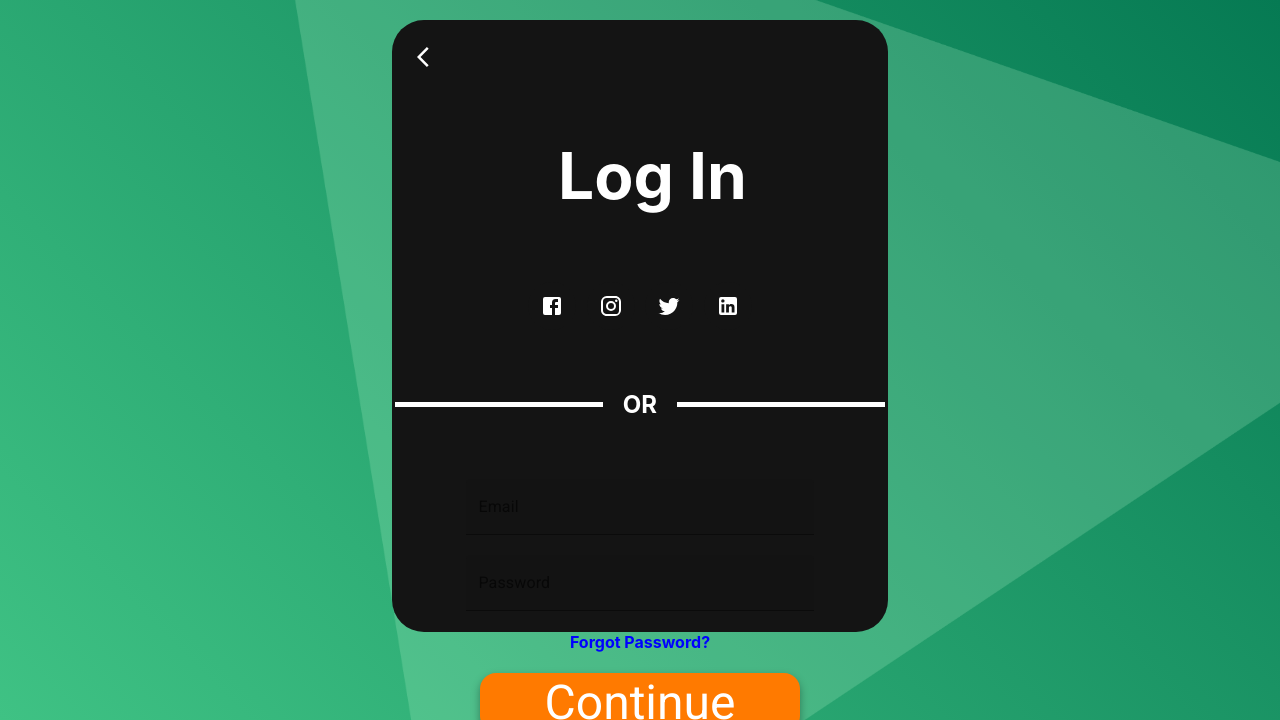
Repository: wilyyy/John
Page: /login (app in john-app/)
The author's editor kept a copy of each file at every save. The page is drawn from the files as they stood at one save, then again after the next save.
The browser window is 1280 px wide. The pictures show the whole page.
The project was rebuilt for these pictures with package versions that can differ from the ones it lists, and the page was loaded fresh each time. The framework's server and built-in components were replaced by stand-ins that run in the browser. Also part of the build but not shown: john-app/next.config.js.

Above is the page before, as saved 2021-10-07 22:20:43.

### john-app/pages/login.js
import Button from "@/Components/Button";
import styled from 'styled-components';
import Image from 'next/image'
import SocialMediaIcon from "@/Components/SocialMediaIcon";
import { TextField } from "@mui/material";
import styles from '@/styles/Home.module.css';
import ArrowBackIosIcon from '@mui/icons-material/ArrowBackIos';
import {useRouter} from 'next/router';
import BackButton from "@/Components/BackButton";

const MainCont = styled.div
`
    display: flex;
    flex-direction: column;
    align-items: center;
    width: 100vw;
    height: 100vh;
    background: linear-gradient(225deg, #067A53, #3FC284);
    padding: 20px;
    overflow: hidden;
    position: relative;
    z-index: -2;
`

const LoginContainer = styled.div `
    display: flex;
    flex-direction: column;
    justify-content: space-around;
    align-items: center;
    background-color: #141414;
    height: 90%;
    width: 40%;
    border-radius: 32px;
`;

const LoginHeaderContainer = styled.div`
    display: flex;
    flex-direction: row;
    width: 100%;
    justify-content: center;
    padding-left: 25px;
`;

const LoginHeader = styled.h1`
    font-size: 4rem;
    color: white;
    padding: 25px;
`

const BreakLineCont = styled.div`
display: flex;
flex-direction: row;
justify-content: center;
align-items: center;
`

const TheWordOR = styled.h2`
color: #FFFFFF;
padding-left: 20px;
padding-right: 20px;
`

const LogInFormCont = styled.div`
    display: flex;
    flex-direction: column;
    justify-content: center;
    width: 70%;
`

const Spacer = styled.div`
    padding: 10px;
`

const FatWhiteLine = styled.div`
display: flex;
height: 5px;
width: 13rem;
background-color: #FFFFFF;
justify-content: row;
`

const ForgotPass = styled.h4`
color: blue;
`;

const Dorito = styled.img
`
    width: 1600px;
    height: 1300px;
    bottom: -400px;
    right: -200px;
    position: absolute;
    z-index: -1;
`;

export default function Login(){
    const router = useRouter();
    return (
        <MainCont>
            <Dorito src="/dorito.png"/>
        <LoginContainer>
            <BackButton />
            <LoginHeaderContainer>
                <LoginHeader>Log In</LoginHeader>
            </LoginHeaderContainer>
            <SocialMediaIcon />
            <Spacer/>
            <Spacer/>
            <BreakLineCont>
            <FatWhiteLine />
                <TheWordOR>OR</TheWordOR>
            <FatWhiteLine />
            </BreakLineCont>
            <Spacer />
            <Spacer />
            <LogInFormCont>
                <TextField fullWidth label="Email" id="fullWidth" variant="filled" className={styles.ImBlacked}/>
                <Spacer />
                <TextField fullWidth label="Password" type="password" id="fullWidth" variant="filled" className={styles.ImBlacked}/>
            </LogInFormCont>
            <ForgotPass>Forgot Password?</ForgotPass>
            <Button text="Continue" routeTo="/calendar"/>
        </LoginContainer>
        </MainCont>
    )
}

### john-app/styles/globals.css
@import url('https://fonts.googleapis.com/css2?family=Roboto&family=Ubuntu:wght@300&display=swap');
@import url('https://fonts.googleapis.com/css2?family=Lora&display=swap');
/* Ubuntu and Roboto and Lora Font */

html,
body {
  padding: 0;
  margin: 0;
  font-family: -apple-system, BlinkMacSystemFont, Segoe UI, Roboto, Oxygen,
    Ubuntu, Cantarell, Fira Sans, Droid Sans, Helvetica Neue, sans-serif;
}

a {
  color: inherit;
  text-decoration: none;
}

* {
  box-sizing: border-box;
}

### john-app/Components/Button/index.js
import styled from 'styled-components';
import {useRouter} from 'next/router';
import React, {useState} from 'react';

const ButtonCont = styled.button`
    display: flex;
    justify-content: center;
    align-items: center;
    width: ${props=>props.width};
    height: ${props=>props.height};
    background-color: ${props=>props.bgcolor};
    color: #ffffff;
    border-radius: ${props=>props.borderradius};
    border: none;
    filter: drop-shadow(0px 4px 4px rgba(0, 0, 0, 0.35));
    font-size: ${props=>props.fontsize};
`;

const ButtonText = styled.div`
    display: flex;
    color: #ffffff;
    font-family: 'Roboto', sans-serif;
`;

const Button = ({
    width = "20rem",
    height = "5rem",
    text = "Begin",
    borderradius = "1rem",
    bgcolor = "#FF7A00",
    fontsize = "3rem",
    routeTo="/calendar"
}) =>{
    const router = useRouter();
    return <ButtonCont
        width = {width}
        height = {height}
        text = {text}
        borderradius = {borderradius}
        bgcolor = {bgcolor}
        fontsize = {fontsize}
        onClick={()=>router.push(routeTo)}
    >
        <ButtonText>{text}</ButtonText>
    </ButtonCont>
}

export default Button;

### john-app/Components/SocialMediaIcon/index.js
import styled from 'styled-components';
import FacebookIcon from '@mui/icons-material/Facebook';
import InstagramIcon from '@mui/icons-material/Instagram';
import TwitterIcon from '@mui/icons-material/Twitter';
import LinkedInIcon from '@mui/icons-material/LinkedIn';
import styles from '@/styles/Home.module.css'


const SocialMediaCont = styled.div`
    display: flex;
    width: 14rem;
    height: 3rem;
    justify-content: space-between;
`;

const SocialMediaIconCont = styled.div`
    display: flex;
    justify-content: center;
    align-items: center;
    width: 3rem;
    height: 3rem;
    border-radius: 25rem;
    background-color: #141414;
`;


const SocialMediaIcon = ({
}) => {
    return <SocialMediaCont>
        <SocialMediaIconCont>
            <FacebookIcon className={styles.icon}/>
        </SocialMediaIconCont>
        <SocialMediaIconCont>
            <InstagramIcon className={styles.icon}/>
        </SocialMediaIconCont>
        <SocialMediaIconCont>
            <TwitterIcon className={styles.icon}/>
        </SocialMediaIconCont>
        <SocialMediaIconCont>
            <LinkedInIcon className={styles.icon}/>
        </SocialMediaIconCont>
    </SocialMediaCont>
}

export default SocialMediaIcon;

### john-app/styles/Home.module.css
.container {
  min-height: 100vh;
  padding: 0 0.5rem;
  display: flex;
  flex-direction: column;
  justify-content: center;
  align-items: center;
  height: 100vh;
}

.main {
  padding: 5rem 0;
  flex: 1;
  display: flex;
  flex-direction: column;
  justify-content: center;
  align-items: center;
}

.footer {
  width: 100%;
  height: 100px;
  border-top: 1px solid #eaeaea;
  display: flex;
  justify-content: center;
  align-items: center;
}

.footer a {
  display: flex;
  justify-content: center;
  align-items: center;
  flex-grow: 1;
}

.title a {
  color: #0070f3;
  text-decoration: none;
}

.title a:hover,
.title a:focus,
.title a:active {
  text-decoration: underline;
}

.title {
  margin: 0;
  line-height: 1.15;
  font-size: 4rem;
}

.title,
.description {
  text-align: center;
}

.description {
  line-height: 1.5;
  font-size: 1.5rem;
}

.code {
  background: #fafafa;
  border-radius: 5px;
  padding: 0.75rem;
  font-size: 1.1rem;
  font-family: Menlo, Monaco, Lucida Console, Liberation Mono, DejaVu Sans Mono,
    Bitstream Vera Sans Mono, Courier New, monospace;
}

.grid {
  display: flex;
  align-items: center;
  justify-content: center;
  flex-wrap: wrap;
  max-width: 800px;
  margin-top: 3rem;
}

.card {
  margin: 1rem;
  padding: 1.5rem;
  text-align: left;
  color: inherit;
  text-decoration: none;
  border: 1px solid #eaeaea;
  border-radius: 10px;
  transition: color 0.15s ease, border-color 0.15s ease;
  width: 45%;
}

.card:hover,
.card:focus,
.card:active {
  color: #0070f3;
  border-color: #0070f3;
}

.card h2 {
  margin: 0 0 1rem 0;
  font-size: 1.5rem;
}

.card p {
  margin: 0;
  font-size: 1.25rem;
  line-height: 1.5;
}

.logo {
  height: 1em;
  margin-left: 0.5rem;
}

.icon{
  color: #fff;
}

@media (max-width: 600px) {
  .grid {
    width: 100%;
    flex-direction: column;
  }
}

### john-app/Components/BackButton/index.js
import styled from 'styled-components';
import ArrowBackIosIcon from '@mui/icons-material/ArrowBackIos';
import {useRouter} from 'next/router';
import styles from '@/styles/Home.module.css';



const BackButtCont = styled.div`
    display: flex;
    width: 100%;
    justify-content: flex-start;
    padding-top: 25px;
    padding-left: 25px;
`;

const BackButton = ({
    backRoute = "/"
}) => {
    const router = useRouter();
    return <BackButtCont onClick={()=>router.push(backRoute)}>
        <ArrowBackIosIcon className={styles.icon} />
    </BackButtCont>
}

export default BackButton;

Loaded but not shown: john-app/pages/_app.js (common file); john-app/pages/_document.js (common file)

After the next save:
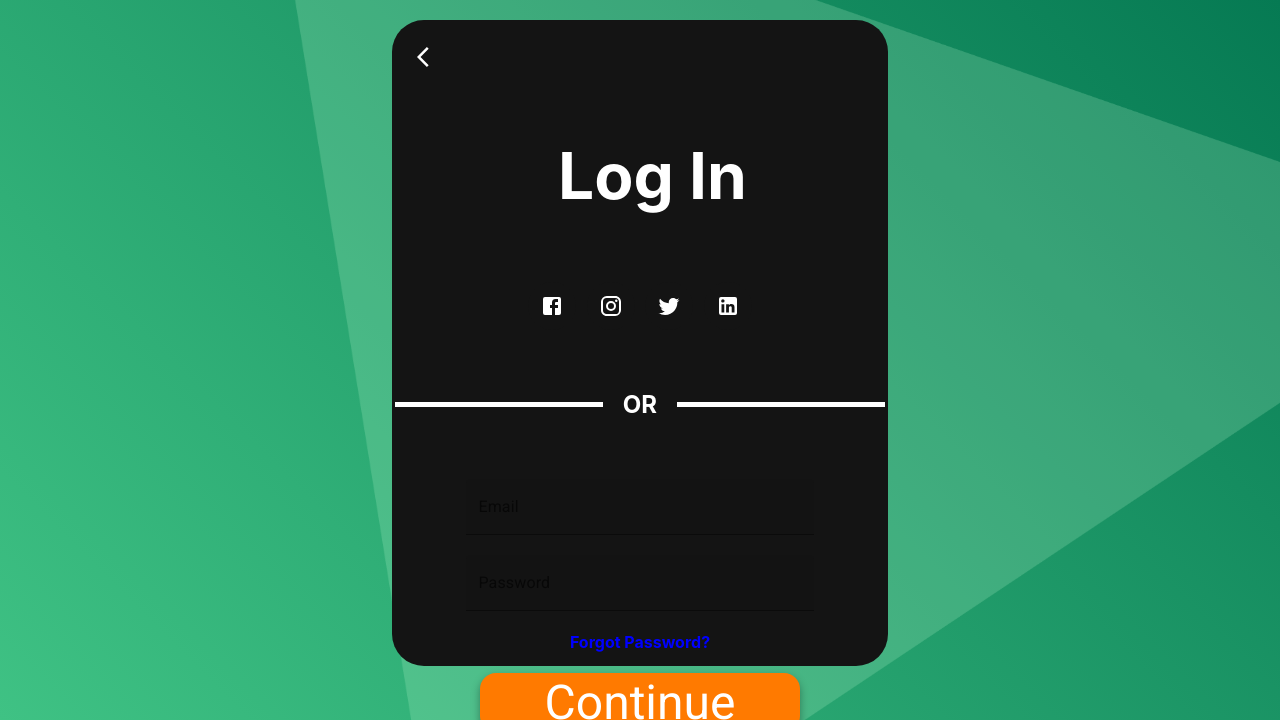
Saved 6 s later.
--- a/john-app/pages/login.js
+++ b/john-app/pages/login.js
@@ -28,7 +28,7 @@ const LoginContainer = styled.div `
     justify-content: space-around;
     align-items: center;
     background-color: #141414;
-    height: 90%;
+    height: 95%;
     width: 40%;
     border-radius: 32px;
 `;
